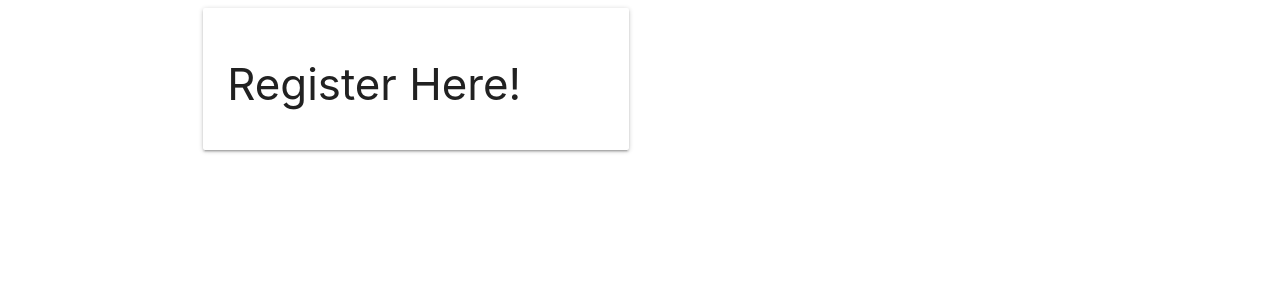
Repository: riddhiwho/Eclipse-Projects
Page: http://localhost/Register/signup.jsp
These files come from the project's save history. The page is drawn as it stood at one moment and after the next save; the edit follows.
The browser window is 1280 px wide. The pictures show the whole page.
The page is served by Tomcat 9.

Above is the page before, as saved 2021-06-05 05:39:13.

After the next save:
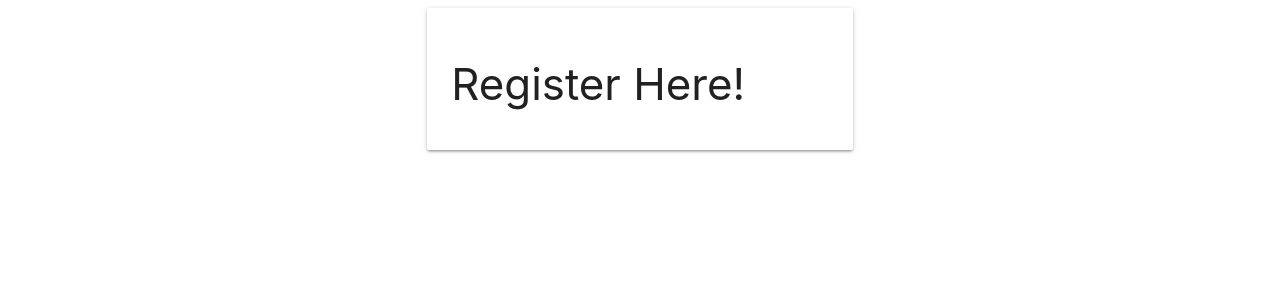
Saved 49 s later.
--- a/Register/src/main/webapp/signup.jsp
+++ b/Register/src/main/webapp/signup.jsp
@@ -16,7 +16,7 @@
 <body>
 	<div class="container">
 		<div class="row">
-			<div class="col m6">
+			<div class="col m6 offset-m3">
 				<div class="card">
 					<div class="card-content">
 						<h3>Register Here!</h3>
